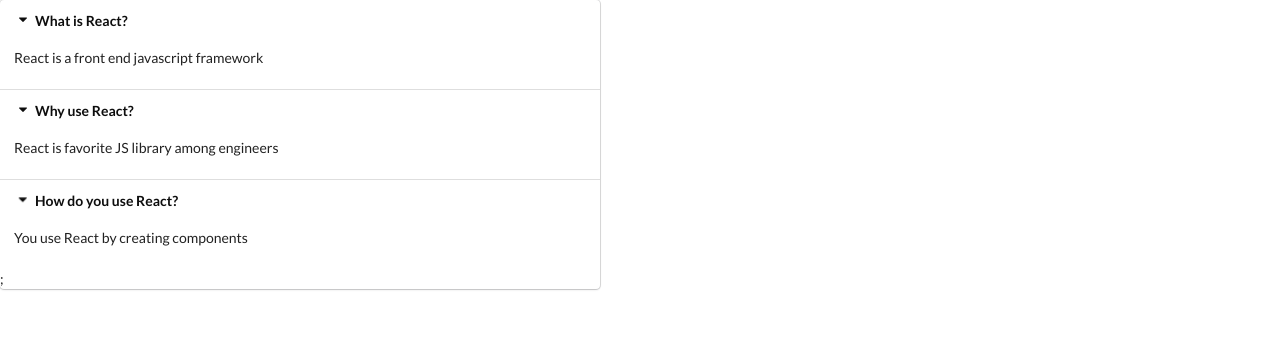
Repository: DaveBaulch/react-course-widgets
Page: /
An editor plug-in stored every save of this project. The page is shown before and after a run of saves, followed by the edit.
The browser window is 1280 px wide. The pictures show the whole page.
The project was rebuilt for these pictures with package versions that can differ from the ones it lists, and the page was loaded fresh each time.

Above is the page before, as saved 2020-12-04 16:18:30.

After the next 9 saves:
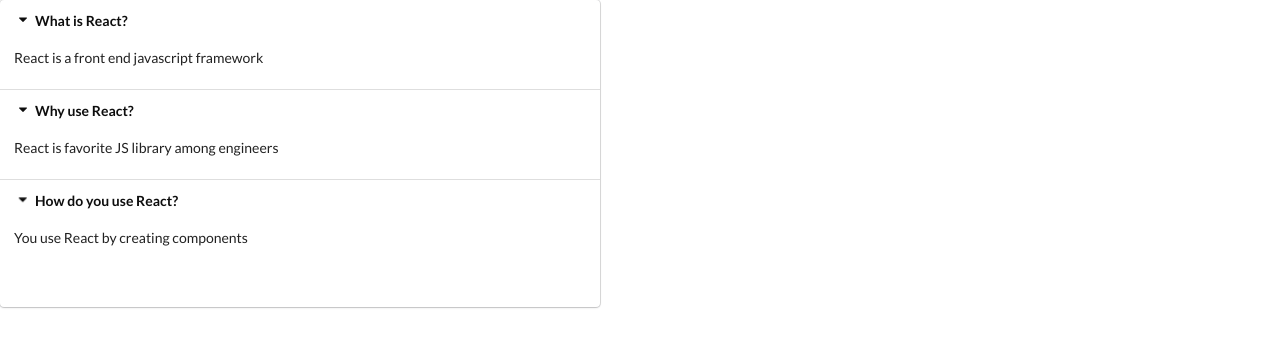
The 9 saves are shown as one change because 1 did not build or start and some came seconds apart.
The last was saved 19 s later.
--- a/src/components/Accordion.js
+++ b/src/components/Accordion.js
@@ -21,7 +21,12 @@
     );
   });
 
-  return <div className="ui styled accordion">{renderedItems};</div>;
+  return (
+    <div className="ui styled accordion">
+      {renderedItems}
+      <h1>{activeIndex}</h1>
+    </div>
+  );
 };
 
 export default Accordion;
